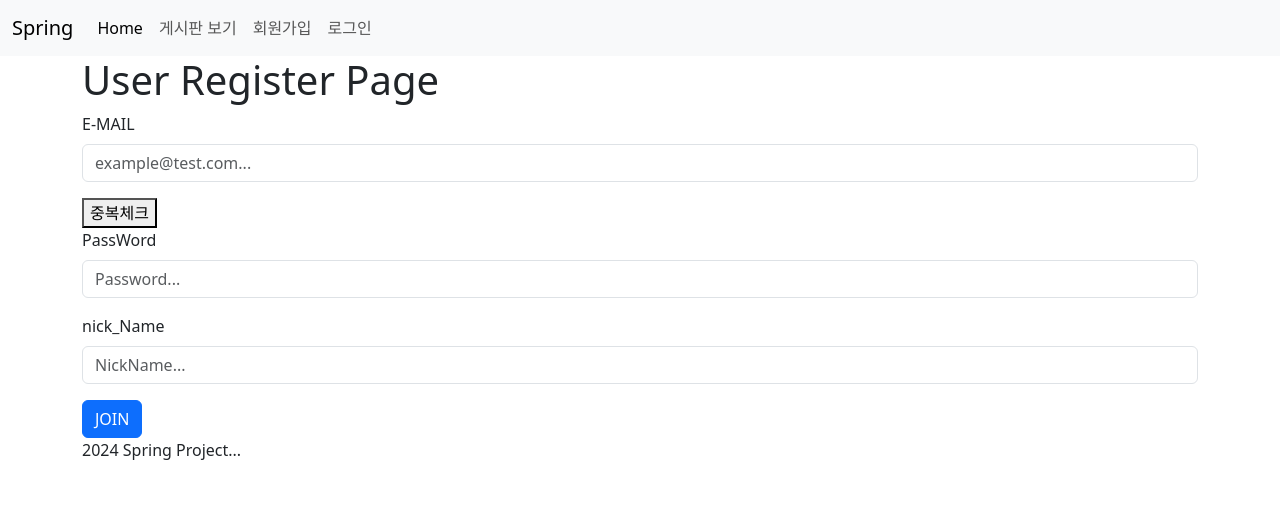
Repository: ehdwo13/ezen
Page: http://localhost/spring_test2/WEB-INF/views/user/register.jsp
An editor plug-in stored every save of this project. The page is shown before and after the next save, followed by the edit.
The browser window is 1280 px wide. The pictures show the whole page.
The page is served by Tomcat 9. Nobody is signed in. The template is opened directly, without the code that normally fills it, so the values that code supplies are empty.

Above is the page before, as saved 2024-05-09 02:33:38.
Console error: TypeError: Cannot read properties of null (reading 'addEventListener')

After the next save:
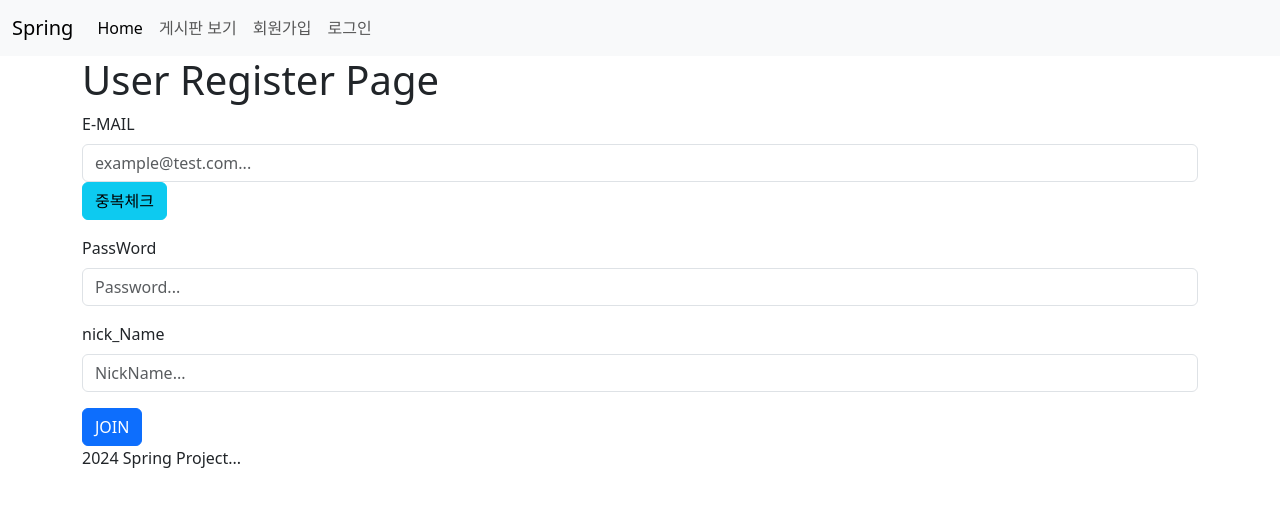
Saved 70 s later.
--- a/240501_SPRING/spring_test2/src/main/webapp/WEB-INF/views/user/register.jsp
+++ b/240501_SPRING/spring_test2/src/main/webapp/WEB-INF/views/user/register.jsp
@@ -8,8 +8,8 @@
 		<div class="mb-3">
 	  		<label for="e" class="form-label">E-MAIL</label>
 	  		<input type="email" class="form-control" name="email" id="e" placeholder="example@test.com...">
+			<button type="button" class="btn btn-info">중복체크</button>
 		</div>
-		<button type="button" id="check">중복체크</button>
 		<div class="mb-3">
 	  		<label for="p" class="form-label">PassWord</label>
 	  		<input type="password" class="form-control" name="pwd" id="p" placeholder="Password...">
